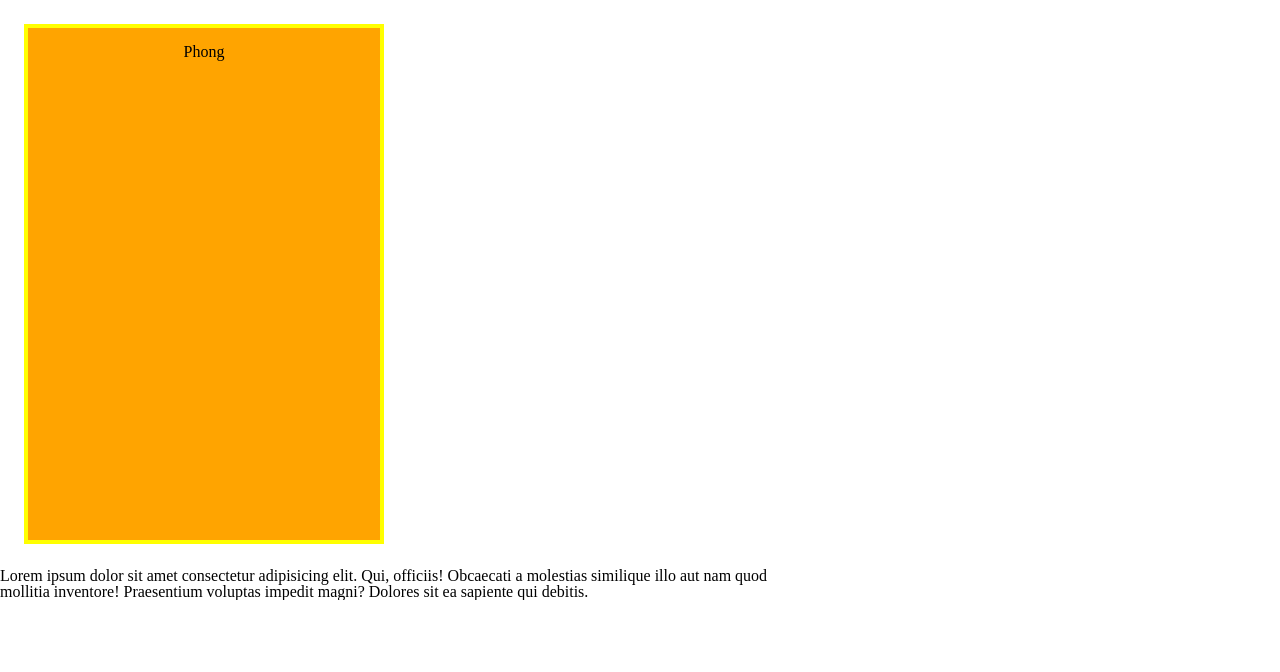
Repository: ThanhPhongsof/Css-Course
Page: index.html
An editor plug-in stored every save of this project. The page is shown before and after the next save, followed by the edit.
The browser window is 1280 px wide. The pictures show the whole page.

Above is the page before, as saved 2022-05-15 10:35:17.

After the next save:
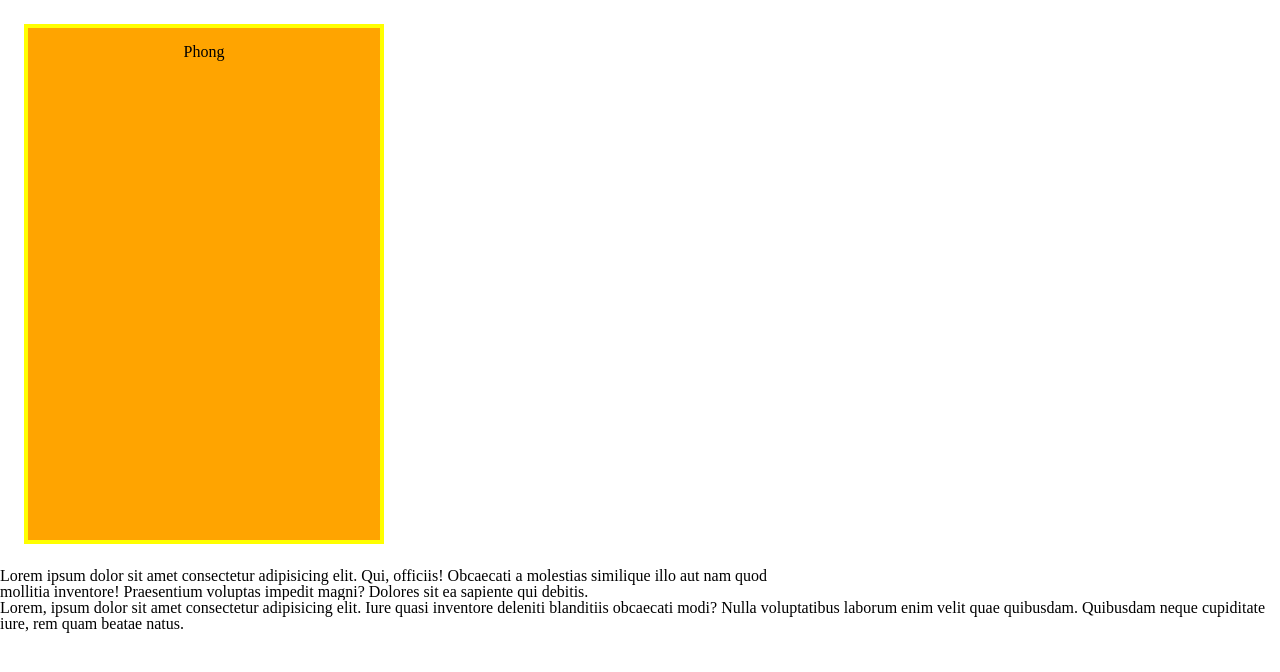
Saved 75 s later.
--- a/index.html
+++ b/index.html
@@ -15,6 +15,12 @@
       Obcaecati a molestias similique illo aut nam quod mollitia inventore!
       Praesentium voluptas impedit magni? Dolores sit ea sapiente qui debitis.
     </div>
+    <div class="text4">
+      Lorem, ipsum dolor sit amet consectetur adipisicing elit. Iure quasi
+      inventore deleniti blanditiis obcaecati modi? Nulla voluptatibus laborum
+      enim velit quae quibusdam. Quibusdam neque cupiditate iure, rem quam
+      beatae natus.
+    </div>
     <!-- <img src="./unsplash1.jpg" class="image" alt="" /> -->
   </body>
 </html>
